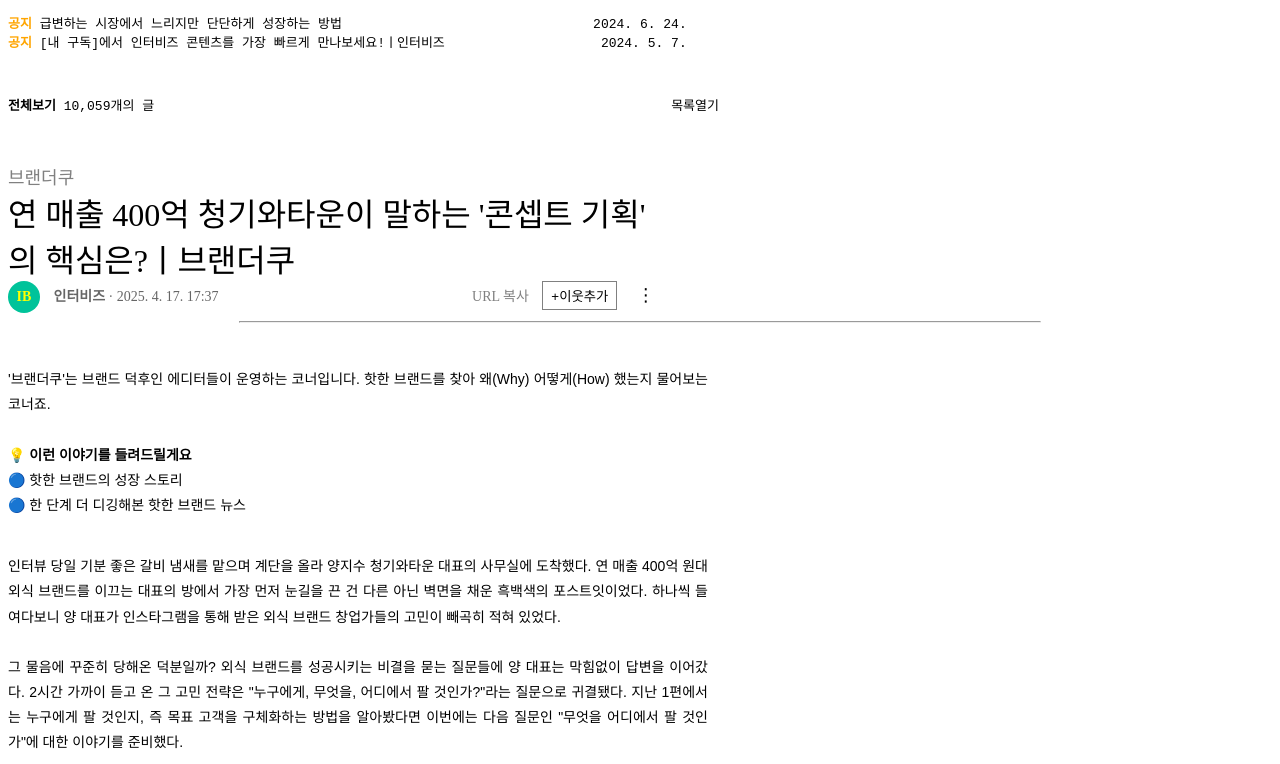
Repository: msgggg1/webPro
Page: webPro/src/main/webapp/html/days02/ex11.html
An editor plug-in stored every save of this project. The page is shown before and after the next save, followed by the edit.
The browser window is 1280 px wide. The pictures show the whole page.

Above is the page before, as saved 2025-04-22 15:32:30.

After the next save:
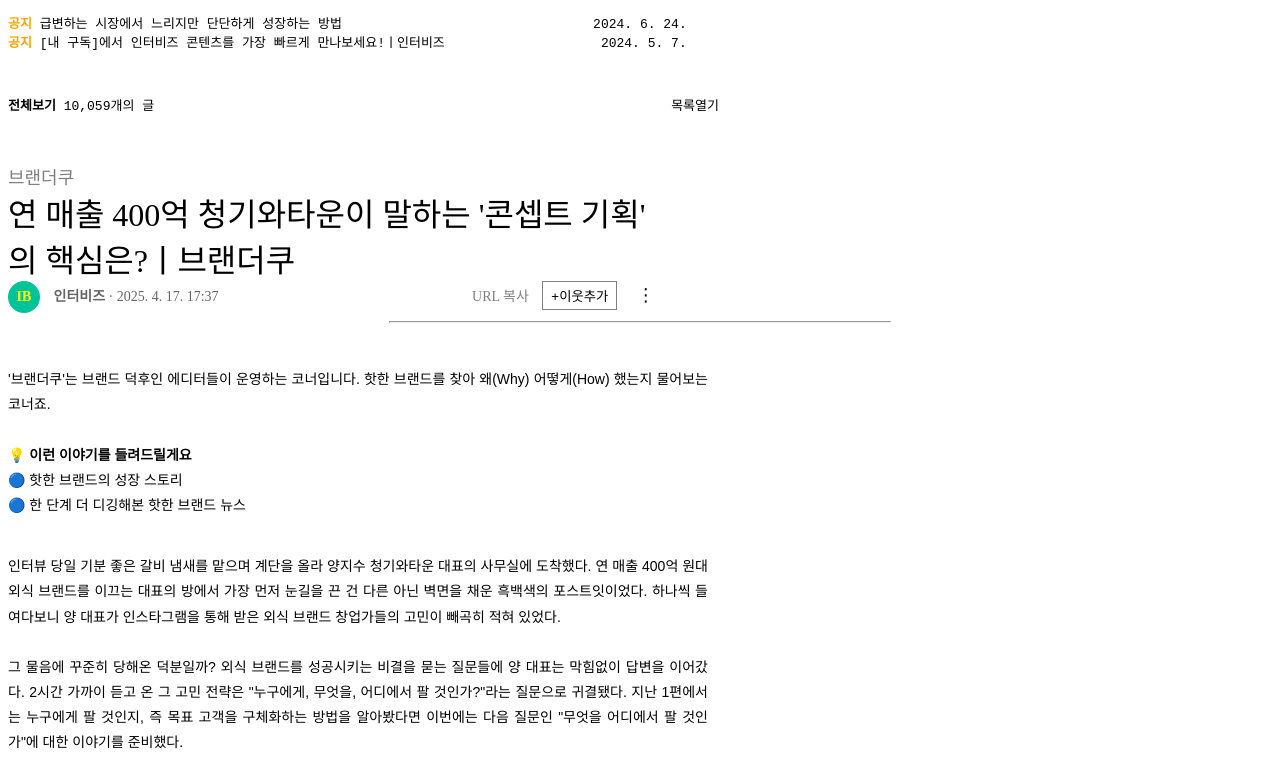
Saved 30 s later.
--- a/webPro/src/main/webapp/html/days02/ex11.html
+++ b/webPro/src/main/webapp/html/days02/ex11.html
@@ -60,7 +60,7 @@
   ⋮
 </button>
 </font>
-<hr style="width: 800px">
+<hr style="width: 500px">
 <br>
 <br>
 <!-- 본문 -->
